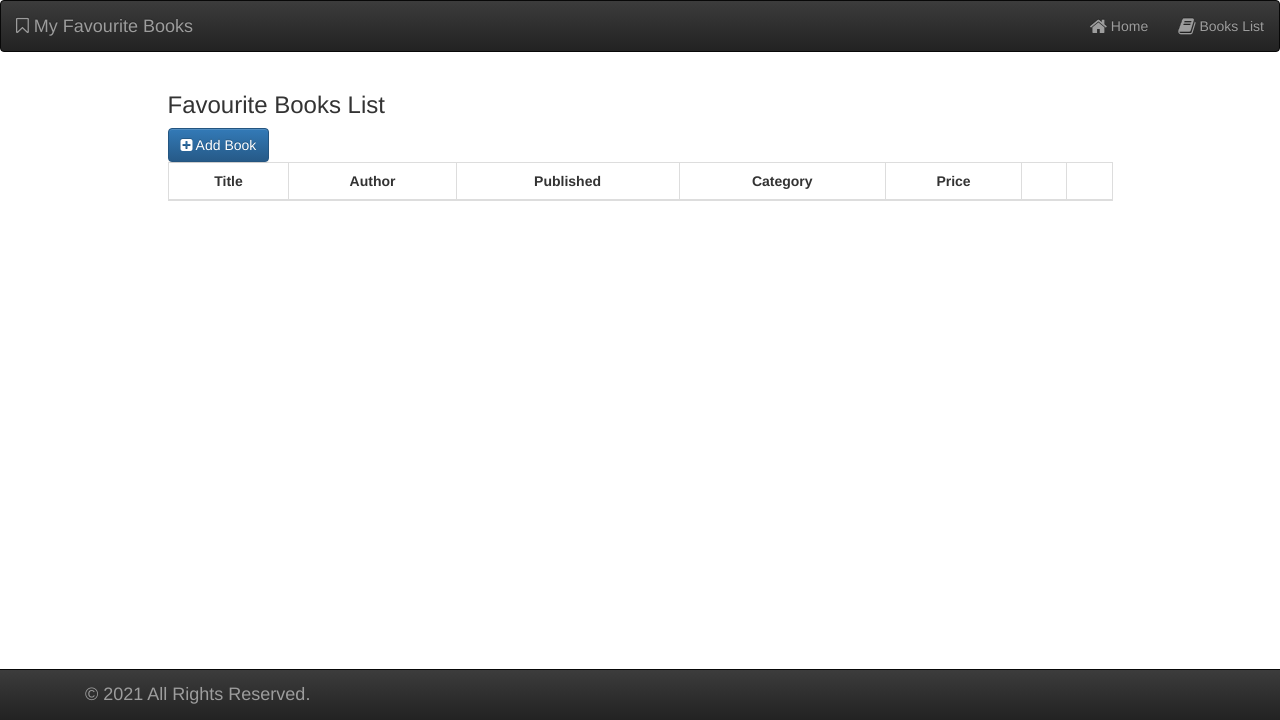
Repository: Ann8002/COMP229-F2021-MidTerm
Page: http://localhost/books
The author's editor kept a copy of each file at every save. The page is drawn from the files as they stood at one save, then again after the next save.
The browser window is 1280 px wide. The pictures show the whole page.
The page is served by the project's Node server (server.js). Queries for data that is not in the repository find no rows.

Above is the page before, as saved 2021-10-29 13:44:50.

After the next save:
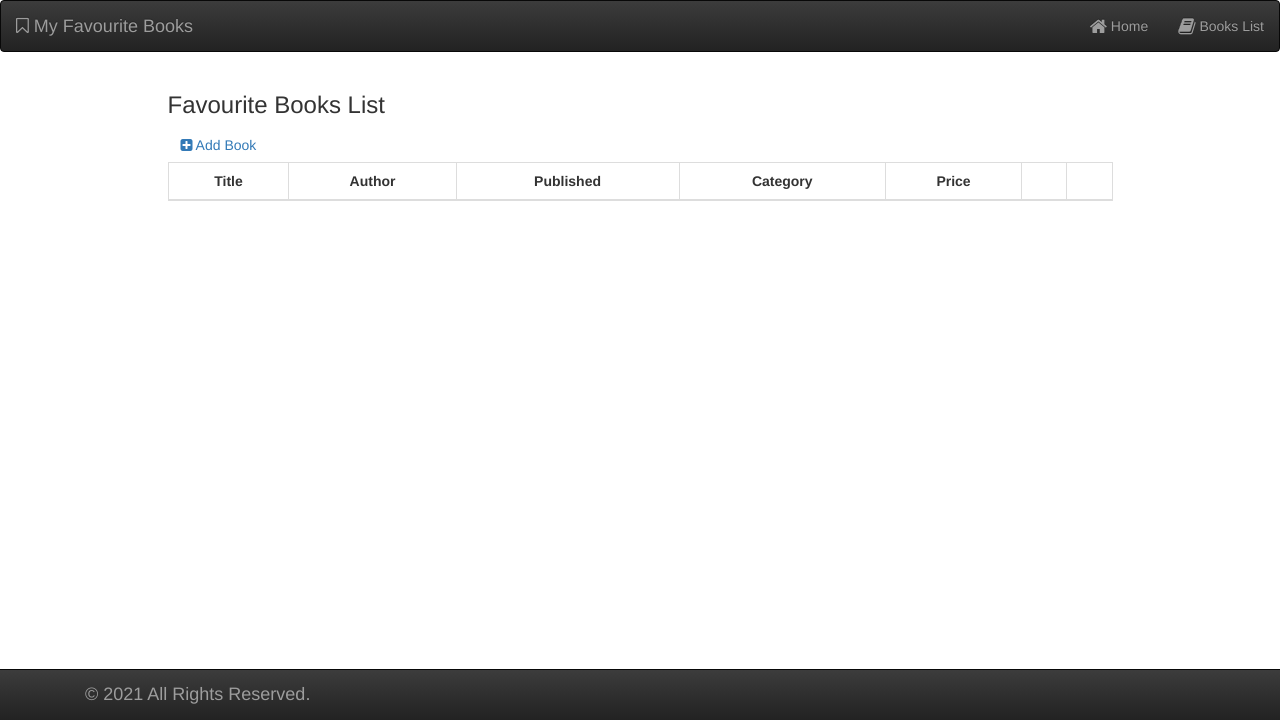
Saved 31 s later.
--- a/server/views/books/index.ejs
+++ b/server/views/books/index.ejs
@@ -8,7 +8,7 @@
           <!-- ------------------------ -->
           <!-- FIX THE ADD BUTTON BELOW -->
           <!-- ------------------------ -->
-          <a href="/books/details" class="btn btn-primary"><i class="fa fa-plus-square"></i> Add Book </a>
+          <a href="/books/details" class="btn btn-Info"><i class="fa fa-plus-square"></i> Add Book </a>
           <br>
           <div class="table-responsive">
             <table class="table table-bordered table-striped table-hover">
